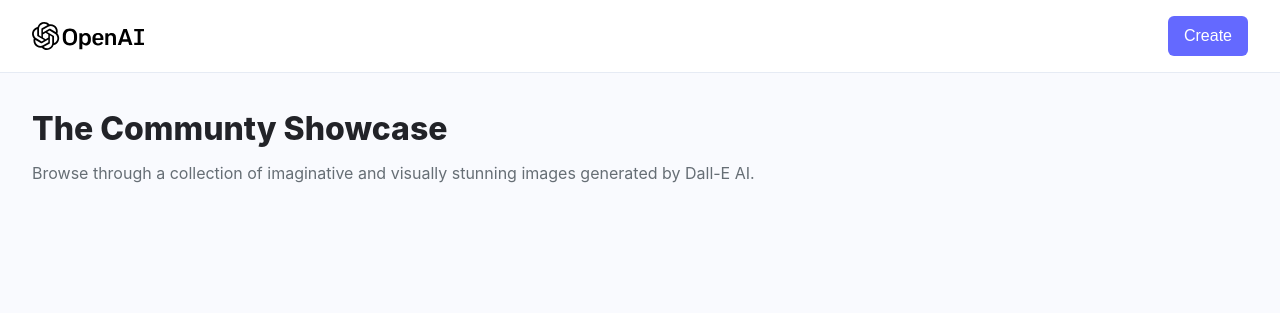
Repository: TheHumanistX/MERN-dall-e
Page: / (app in client/)
The author's editor kept a copy of each file at every save. The page is drawn from the files as they stood at one save, then again after the next save.
The browser window is 1280 px wide. The pictures show the whole page.
Some web fonts or font styles are not loaded; a fallback is used. The project was rebuilt for these pictures with package versions that can differ from the ones it lists, and the page was loaded fresh each time. Also part of the build but not shown: client/vite.config.js, client/src/App.css, client/src/pages/CreatePost.jsx, client/src/components/Card.jsx, client/src/components/Loader.jsx.

Above is the page before, as saved 2023-08-11 13:21:47.

After the next save:
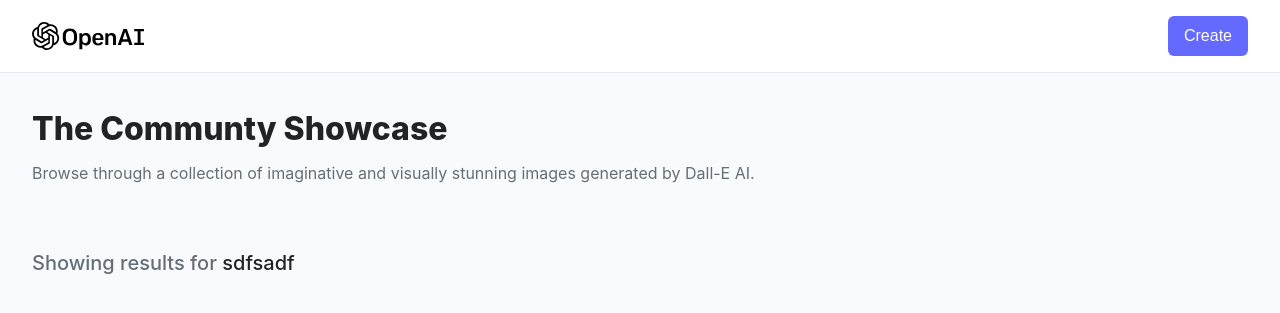
Saved 61 s later.
--- a/client/src/pages/Home.jsx
+++ b/client/src/pages/Home.jsx
@@ -6,7 +6,7 @@
 
     const [loading, setLoading] = useState(false)
     const [allPosts, setAllPosts] = useState(null)
-    const [searchText, setSearchText] = useState('')
+    const [searchText, setSearchText] = useState('sdfsadf')
 
 
     return (

After the save that followed:
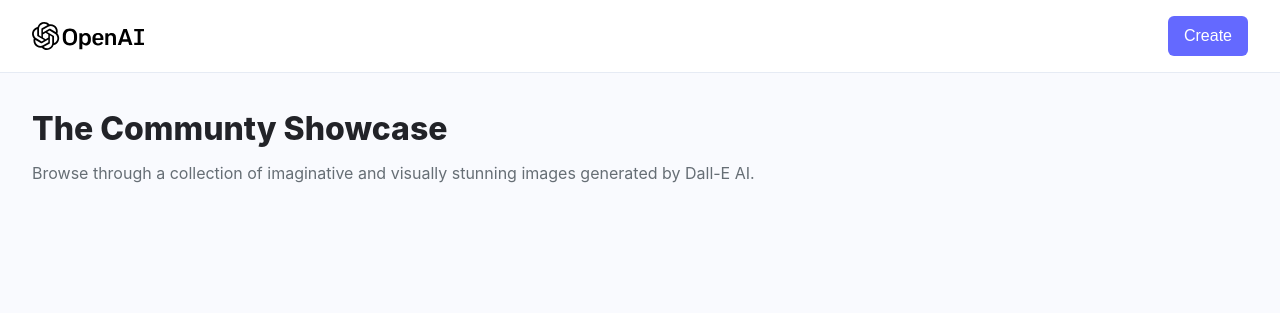
Saved 4 s later.
--- a/client/src/pages/Home.jsx
+++ b/client/src/pages/Home.jsx
@@ -6,7 +6,7 @@
 
     const [loading, setLoading] = useState(false)
     const [allPosts, setAllPosts] = useState(null)
-    const [searchText, setSearchText] = useState('sdfsadf')
+    const [searchText, setSearchText] = useState('')
 
 
     return (
